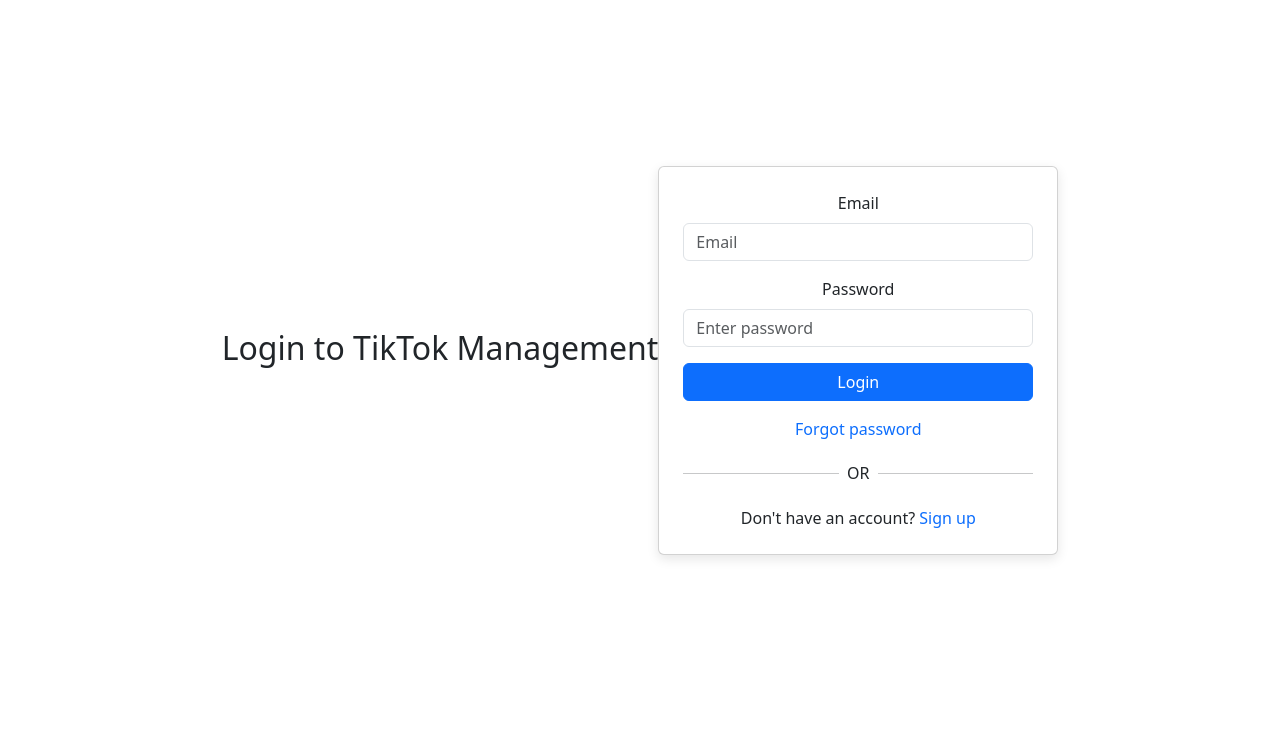
Repository: chaolaolo/tikcrm-fe
Page: /dashboard
The author's editor kept a copy of each file at every save. The page is drawn from the files as they stood at one save, then again after the next save.
The browser window is 1280 px wide. The pictures show the whole page.
The project was rebuilt for these pictures with package versions that can differ from the ones it lists, and the page was loaded fresh each time. Also part of the build but not shown: vite.config.ts, src/pages/Home/Settings.tsx, src/pages/Home/HomePage.tsx. Imported but missing from the stored project, and not drawn on this page: src/pages/Home/Dashboard, src/pages/Register/RegisterPage.

Above is the page before, as saved 2025-05-22 21:21:34.

### src/main.tsx
import React, { StrictMode } from 'react'
import ReactDOM from 'react-dom/client';
import { createRoot } from 'react-dom/client'
import './index.css'
import { BrowserRouter } from 'react-router-dom';
import { AuthProvider } from './store/AuthContext.tsx';
import App from './App.tsx'
import 'antd/dist/reset.css';
import 'bootstrap/dist/css/bootstrap.min.css';
import 'bootstrap/dist/js/bootstrap.bundle.min.js';

ReactDOM.createRoot(document.getElementById('root')!).render(
  <React.StrictMode>
    <AuthProvider>
      <BrowserRouter>
        <App />
      </BrowserRouter>
    </AuthProvider>
  </React.StrictMode>
)

### src/store/AuthContext.tsx
import React, { createContext, useContext, useState, type ReactNode } from 'react';

interface AuthContextProps {
  isLoggedIn: boolean;
  login: () => void;
  logout: () => void;
}

const AuthContext = createContext<AuthContextProps | undefined>(undefined);

export const AuthProvider = ({ children }: { children: ReactNode }) => {
  const [isLoggedIn, setIsLoggedIn] = useState(false);

  const login = () => setIsLoggedIn(true);
  const logout = () => setIsLoggedIn(false);

  return (
    <AuthContext.Provider value={{ isLoggedIn, login, logout }}>
      {children}
    </AuthContext.Provider>
  );
};

export const useAuth = () => {
  const context = useContext(AuthContext);
  if (!context) throw new Error('useAuth must be used within AuthProvider');
  return context;
};

### src/App.tsx
import { useState } from 'react'
import reactLogo from './assets/react.svg'
import viteLogo from '/vite.svg'
import './App.css'
import { useAuth } from './store/AuthContext';
import { Navigate, Route, Routes } from 'react-router-dom';
import LoginPage from './pages/Auth/LoginPage';
import RegisterPage from './pages/Register/RegisterPage';
import HomePage from './pages/Home/HomePage';
import 'bootstrap/dist/css/bootstrap.min.css';
import 'bootstrap/dist/js/bootstrap.bundle.min.js';
import 'antd/dist/reset.css'

const App = () => {
  const { isLoggedIn } = useAuth();

  return (
    <Routes>
      <Route path="/login" element={<LoginPage />} />
      <Route path="/register" element={<RegisterPage />} />
      <Route
        path="/home/*"
        element={isLoggedIn ? <HomePage /> : <Navigate to="/login" />}
      />
      <Route path="*" element={<Navigate to={isLoggedIn ? "/home" : "/login"} />} />
    </Routes>
  );
};

export default App;

### src/pages/Auth/LoginPage.tsx
import React from 'react';
import 'bootstrap/dist/css/bootstrap.min.css';

const LoginPage: React.FC = () => {
  return (
    <div className="container d-flex justify-content-center align-items-center" style={{ minHeight: '100vh' }}>
        <h2 className="text-center mb-4">Login to TikTok Management</h2>

      <div className="card p-4" style={{ width: '400px', boxShadow: '0 4px 12px rgba(0, 0, 0, 0.1)' }}>
        <form>
          <div className="mb-3">
            <label htmlFor="email" className="form-label">Email</label>
            <input
              type="email"
              className="form-control"
              id="email"
              placeholder="Email"
            />
          </div>

          <div className="mb-3">
            <label htmlFor="password" className="form-label">Password</label>
            <input
              type="password"
              className="form-control"
              id="password"
              placeholder="Enter password"
            />
          </div>

          <button type="submit" className="btn btn-primary w-100 mb-3">Login</button>

          <div className="text-center mb-3">
            <a href="#forgot-password" className="text-decoration-none">Forgot password</a>
          </div>

          <div className="d-flex align-items-center mb-3">
            <hr className="flex-grow-1" />
            <span className="px-2">OR</span>
            <hr className="flex-grow-1" />
          </div>

          <div className="text-center">
            <span>Don't have an account? </span>
            <a href="#signup" className="text-decoration-none">Sign up</a>
          </div>
        </form>
      </div>
    </div>
  );
};

export default LoginPage;

Loaded but not shown: index.html (common file); src/index.css (common file); src/App.css (common file)

After the next save:
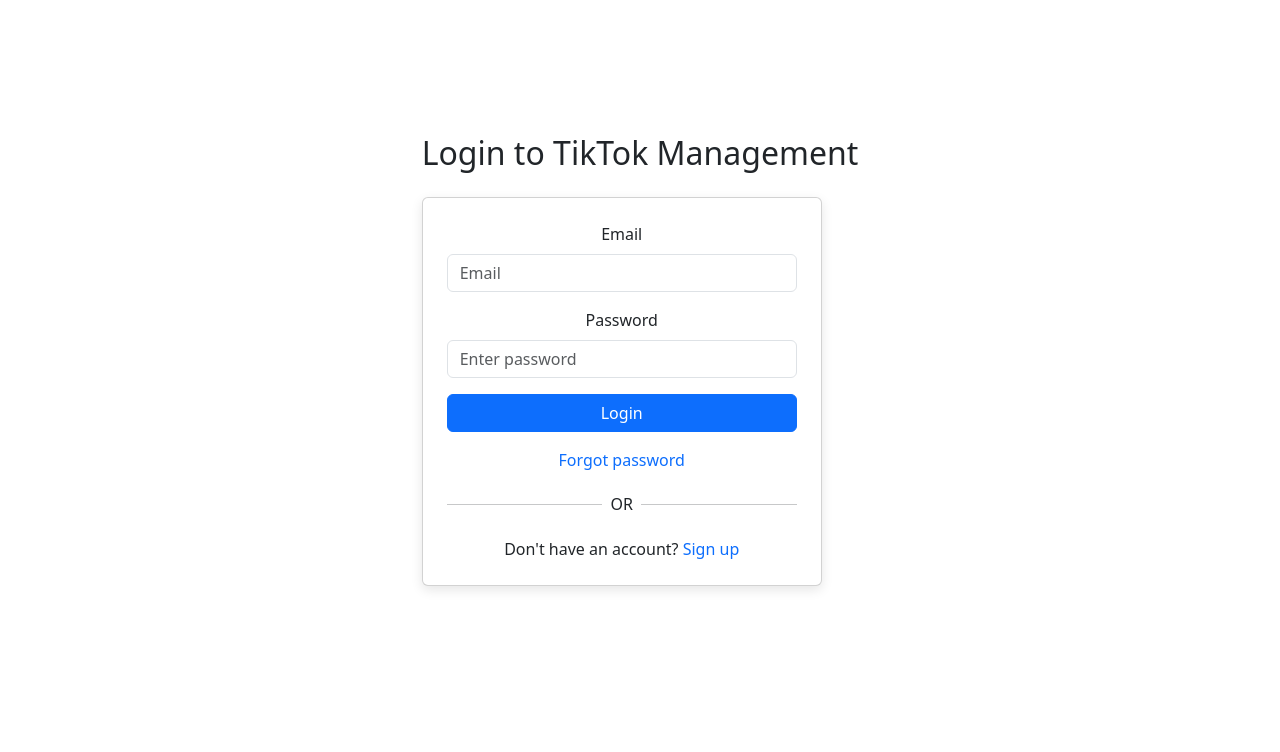
Saved 2 min 22 s later.
--- a/src/pages/Auth/LoginPage.tsx
+++ b/src/pages/Auth/LoginPage.tsx
@@ -4,47 +4,48 @@
 const LoginPage: React.FC = () => {
   return (
     <div className="container d-flex justify-content-center align-items-center" style={{ minHeight: '100vh' }}>
+      <div>
         <h2 className="text-center mb-4">Login to TikTok Management</h2>
+        <div className="card p-4" style={{ width: '400px', boxShadow: '0 4px 12px rgba(0, 0, 0, 0.1)' }}>
+          <form>
+            <div className="mb-3">
+              <label htmlFor="email" className="form-label">Email</label>
+              <input
+                type="email"
+                className="form-control"
+                id="email"
+                placeholder="Email"
+              />
+            </div>
 
-      <div className="card p-4" style={{ width: '400px', boxShadow: '0 4px 12px rgba(0, 0, 0, 0.1)' }}>
-        <form>
-          <div className="mb-3">
-            <label htmlFor="email" className="form-label">Email</label>
-            <input
-              type="email"
-              className="form-control"
-              id="email"
-              placeholder="Email"
-            />
-          </div>
+            <div className="mb-3">
+              <label htmlFor="password" className="form-label">Password</label>
+              <input
+                type="password"
+                className="form-control"
+                id="password"
+                placeholder="Enter password"
+              />
+            </div>
 
-          <div className="mb-3">
-            <label htmlFor="password" className="form-label">Password</label>
-            <input
-              type="password"
-              className="form-control"
-              id="password"
-              placeholder="Enter password"
-            />
-          </div>
+            <button type="submit" className="btn btn-primary w-100 mb-3">Login</button>
 
-          <button type="submit" className="btn btn-primary w-100 mb-3">Login</button>
+            <div className="text-center mb-3">
+              <a href="#forgot-password" className="text-decoration-none">Forgot password</a>
+            </div>
 
-          <div className="text-center mb-3">
-            <a href="#forgot-password" className="text-decoration-none">Forgot password</a>
-          </div>
+            <div className="d-flex align-items-center mb-3">
+              <hr className="flex-grow-1" />
+              <span className="px-2">OR</span>
+              <hr className="flex-grow-1" />
+            </div>
 
-          <div className="d-flex align-items-center mb-3">
-            <hr className="flex-grow-1" />
-            <span className="px-2">OR</span>
-            <hr className="flex-grow-1" />
-          </div>
-
-          <div className="text-center">
-            <span>Don't have an account? </span>
-            <a href="#signup" className="text-decoration-none">Sign up</a>
-          </div>
-        </form>
+            <div className="text-center">
+              <span>Don't have an account? </span>
+              <a href="#signup" className="text-decoration-none">Sign up</a>
+            </div>
+          </form>
+        </div>
       </div>
     </div>
   );
